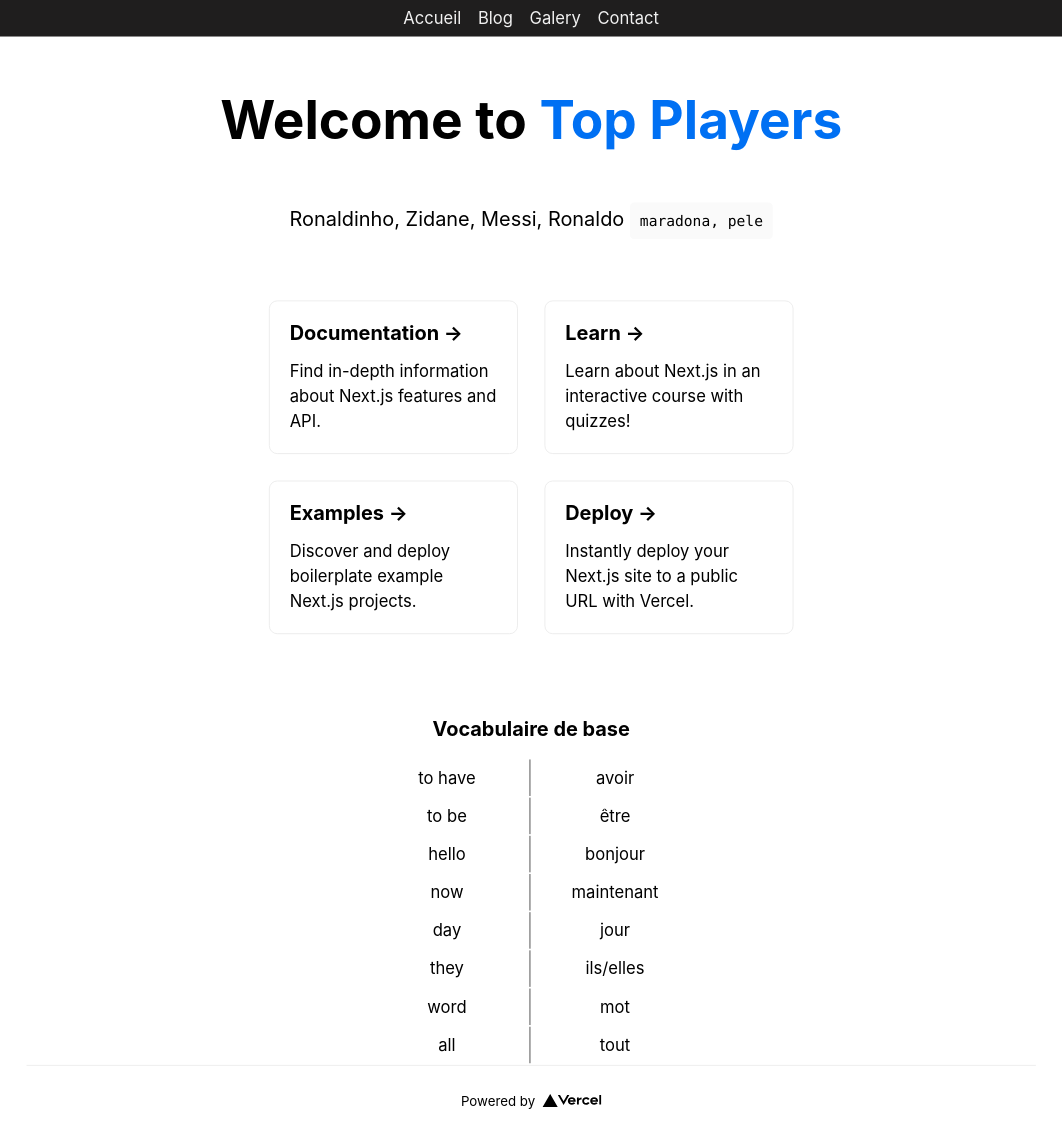
Repository: duncanidaho14/next-first-app
Page: /
The author's editor kept a copy of each file at every save. The page is drawn from the files as they stood at one save, then again after the next save.
The browser window is 1280 px wide. The pictures show the whole page, at 83% of full size.
The project was rebuilt for these pictures with package versions that can differ from the ones it lists, and the page was loaded fresh each time. The framework's server and built-in components were replaced by stand-ins that run in the browser. Also part of the build but not shown: next.config.js.

Above is the page before, as saved 2022-03-06 12:43:30.

### pages/_app.tsx
import '../styles/globals.css'
import type { AppProps } from 'next/app'
import Container from '../components/Container/Container'
function MyApp({ Component, pageProps }: AppProps) {
  return (
    <Container>
      <Component {...pageProps} />
    </Container>
  )
}

export default MyApp

### pages/_document.tsx
import Document, {Html, Head, Main, NextScript} from "next/document";

class MyDocument extends Document {
    render() {
        return (
            <Html lang="fr">
                <Head>
                    <body>
                        <Main />
                        <NextScript />
                    </body>
                </Head>
            </Html>
        )
    }
}

export default MyDocument;

### pages/index.tsx
import type { NextPage } from 'next'
import Head from 'next/head'
import Image from 'next/image'
import styles from '../styles/Home.module.css'

const Home: NextPage = (props) => {
  console.log(props);
  return (
    <div className={styles.container}>
      <Head>
        <title>Les meilleurs joueurs de foot</title>
        <meta name="description" content="Les meilleurs joueurs de foot de la planète à travers l'histoire..." />
        <link rel="icon" href="/favicon.ico" />
      </Head>

      <main className={styles.main}>
        <h1 className={styles.title}>
          Welcome to <a href="https://nextjs.org">Top Players</a>
        </h1>

        <p className={styles.description}>
          Ronaldinho, Zidane, Messi, Ronaldo{' '}
          <code className={styles.code}>maradona, pele</code>
        </p>

        <div className={styles.grid}>
          <a href="https://nextjs.org/docs" className={styles.card}>
            <h2>Documentation &rarr;</h2>
            <p>Find in-depth information about Next.js features and API.</p>
          </a>

          <a href="https://nextjs.org/learn" className={styles.card}>
            <h2>Learn &rarr;</h2>
            <p>Learn about Next.js in an interactive course with quizzes!</p>
          </a>

          <a
            href="https://github.com/vercel/next.js/tree/canary/examples"
            className={styles.card}
          >
            <h2>Examples &rarr;</h2>
            <p>Discover and deploy boilerplate example Next.js projects.</p>
          </a>

          <a
            href="https://vercel.com/new?utm_source=create-next-app&utm_medium=default-template&utm_campaign=create-next-app"
            className={styles.card}
          >
            <h2>Deploy &rarr;</h2>
            <p>
              Instantly deploy your Next.js site to a public URL with Vercel.
            </p>
          </a>
        </div>
      </main>
      <div>
        <h2 className={styles.titre}>Vocabulaire de base</h2>
        <table className={styles.tableau}>
          <tbody>
            {props.array.map(el => (
              <tr key={new Date()}>
                <td>{el.en}</td>
                <td>{el.fr}</td>
              </tr>
            ))}
          </tbody>
        </table>
      </div>
      <footer className={styles.footer}>
        <a
          href="https://vercel.com?utm_source=create-next-app&utm_medium=default-template&utm_campaign=create-next-app"
          target="_blank"
          rel="noopener noreferrer"
        >
          Powered by{' '}
          <span className={styles.logo}>
            <Image src="/vercel.svg" alt="Vercel Logo" width={72} height={16} />
          </span>
        </a>
      </footer>
    </div>
  )
}

export default Home

export async function getStaticProps() {
  const data = await import("../data/vocabulary.json")
  const array = data.vocabulary

  return {
    props: {
      array
    }
  }
}

### components/Container/Container.tsx
import React from 'react'
import Navbar from '../Navbar/Navbar'

export default function Container({children}: any) {
    return (
        <>
            <Navbar/>
            {children}
        </>
    )
}

### styles/Home.module.css
.container {
  padding: 0 2rem;
}

.main {
  min-height: 100vh;
  padding: 4rem 0;
  flex: 1;
  display: flex;
  flex-direction: column;
  justify-content: center;
  align-items: center;
}

.footer {
  display: flex;
  flex: 1;
  padding: 2rem 0;
  border-top: 1px solid #eaeaea;
  justify-content: center;
  align-items: center;
}

.footer a {
  display: flex;
  justify-content: center;
  align-items: center;
  flex-grow: 1;
}

.title a {
  color: #0070f3;
  text-decoration: none;
}

.title a:hover,
.title a:focus,
.title a:active {
  text-decoration: underline;
}

.title {
  margin: 0;
  line-height: 1.15;
  font-size: 4rem;
}

.title,
.description {
  text-align: center;
}

.description {
  margin: 4rem 0;
  line-height: 1.5;
  font-size: 1.5rem;
}

.code {
  background: #fafafa;
  border-radius: 5px;
  padding: 0.75rem;
  font-size: 1.1rem;
  font-family: Menlo, Monaco, Lucida Console, Liberation Mono, DejaVu Sans Mono,
    Bitstream Vera Sans Mono, Courier New, monospace;
}

.grid {
  display: flex;
  align-items: center;
  justify-content: center;
  flex-wrap: wrap;
  max-width: 800px;
}

.card {
  margin: 1rem;
  padding: 1.5rem;
  text-align: left;
  color: inherit;
  text-decoration: none;
  border: 1px solid #eaeaea;
  border-radius: 10px;
  transition: color 0.15s ease, border-color 0.15s ease;
  max-width: 300px;
}

.card:hover,
.card:focus,
.card:active {
  color: #0070f3;
  border-color: #0070f3;
}

.card h2 {
  margin: 0 0 1rem 0;
  font-size: 1.5rem;
}

.card p {
  margin: 0;
  font-size: 1.25rem;
  line-height: 1.5;
}

.logo {
  height: 1em;
  margin-left: 0.5rem;
}

@media (max-width: 600px) {
  .grid {
    width: 100%;
    flex-direction: column;
  }
}

.titre {
  text-align: center;
  margin: 20px 0;
}

.tableau {
  margin: 0 auto;
  font-size: 20px;
}

.tableau tr {
  border: 1px solid #333;
}

.tableau td {
  padding: 10px;
  text-align: center;
  min-width: 200px;
}

.tableau tr td:nth-child(1) {
  border-right: 1px solid #333;
}

### data/vocabulary.json
{
  "vocabulary": [
      {
        "en": "to have",
        "fr": "avoir"
      },
      {
        "en": "to be",
        "fr": "être"
      },      {
        "en": "hello",
        "fr": "bonjour"
      },      {
        "en": "now",
        "fr": "maintenant"
      },      {
        "en": "day",
        "fr": "jour"
      },      {
        "en": "they",
        "fr": "ils/elles"
      },      {
        "en": "word",
        "fr": "mot"
      },      {
        "en": "all",
        "fr": "tout"
      }
  ]
}

### components/Navbar/Navbar.tsx
import React from 'react'
import Link from 'next/link'
import styles from './Navbar.module.css'

export default function Navbar() {
  return (
    <nav className={styles.navbar}>
        <Link href="/">
        <a>Accueil</a>
        </Link>
        <Link href="/blog">
            <a>Blog</a>
        </Link>
        <Link href="/galery">
            <a>Galery</a>
        </Link>
        <Link href="/contact">
            <a>Contact</a>
        </Link>
    </nav>
  )
}

### components/Navbar/Navbar.module.css
.navbar {
    padding: 10px;
    background: rgb(31, 30, 30);
    display: flex;
    justify-content: center;
    font-size: 20px;
}

.navbar a {
    margin: 0 10px;
    color: #f1f1f1;
}

Loaded but not shown: styles/globals.css (common file)

After the next save:
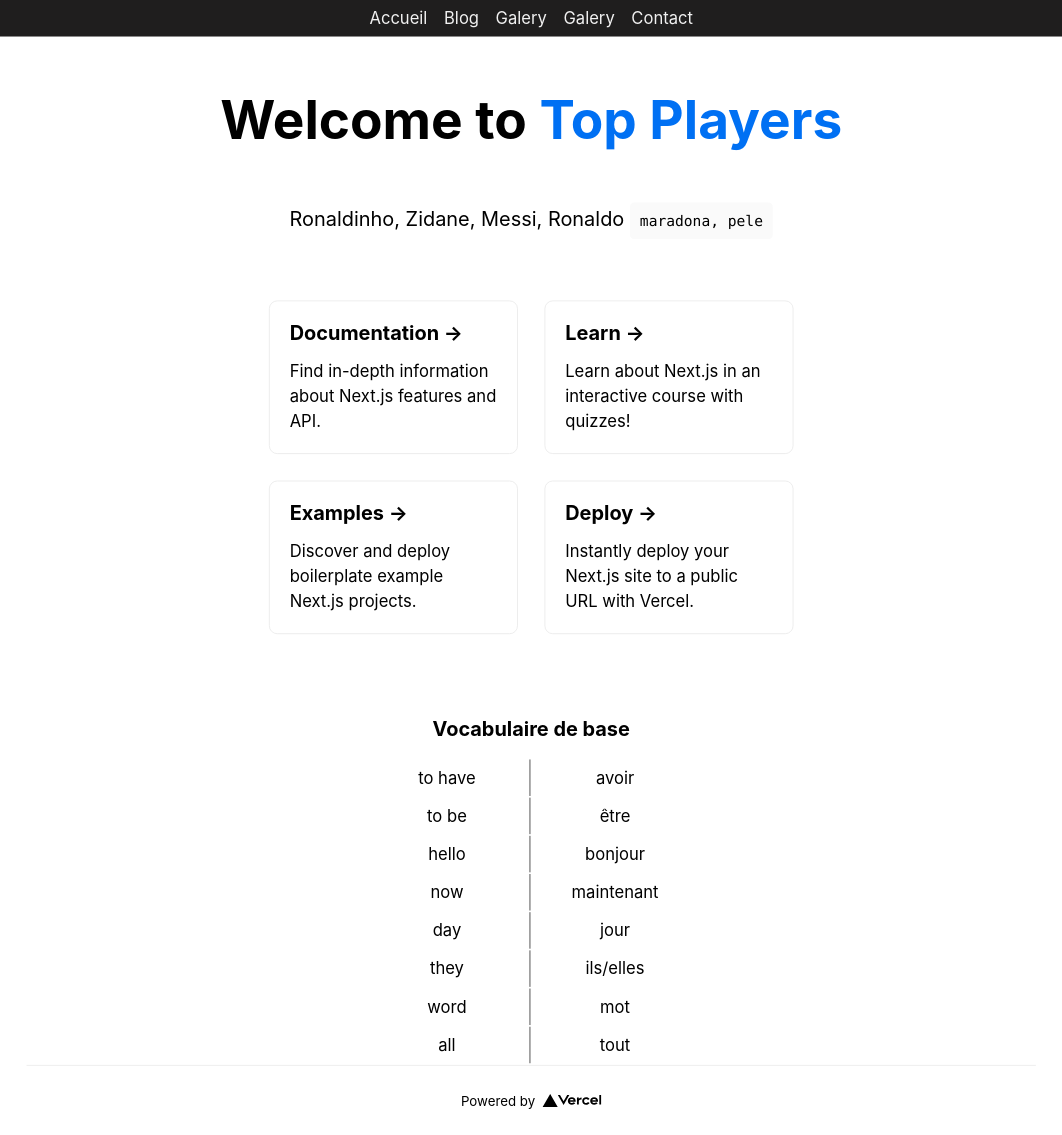
Saved 50 min 9 s later.
--- a/components/Navbar/Navbar.tsx
+++ b/components/Navbar/Navbar.tsx
@@ -14,6 +14,9 @@ export default function Navbar() {
         <Link href="/galery">
             <a>Galery</a>
         </Link>
+        <Link href="/galery">
+            <a>Galery</a>
+        </Link>
         <Link href="/contact">
             <a>Contact</a>
         </Link>
